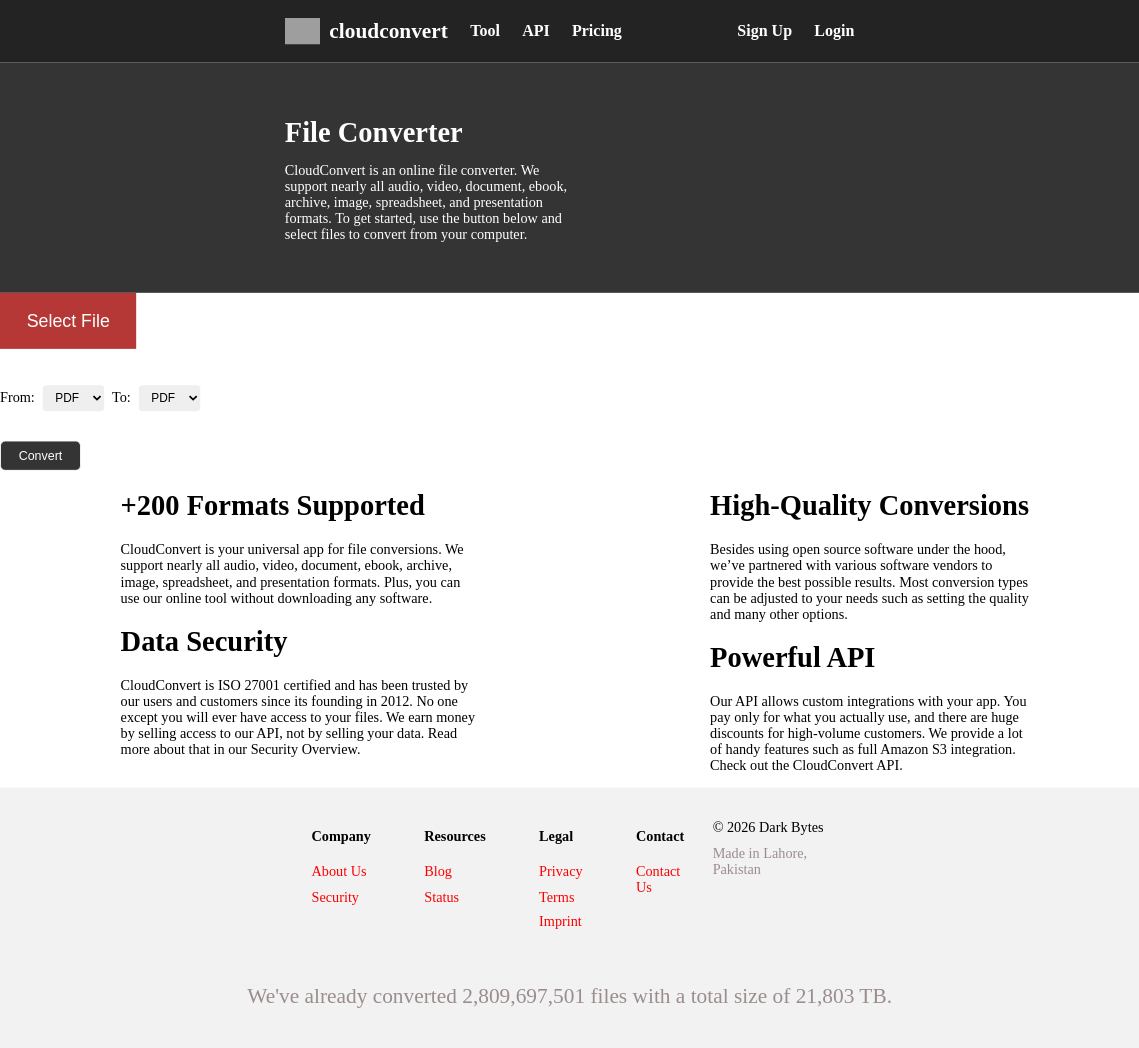
Repository: anfal-darkbytes/task_one
Page: http://localhost/
These files come from the project's save history. The page is drawn as it stood at one moment and after the next save; the edit follows.
The browser window is 1280 px wide. The pictures show the whole page, at 89% of full size.
Pictures or frames that could not be fetched are drawn as grey boxes. The page is served by the project's application, run on Django 4.2 (manage.py).

Above is the page before, as saved 2026-01-09 07:11:44.

After the next save:
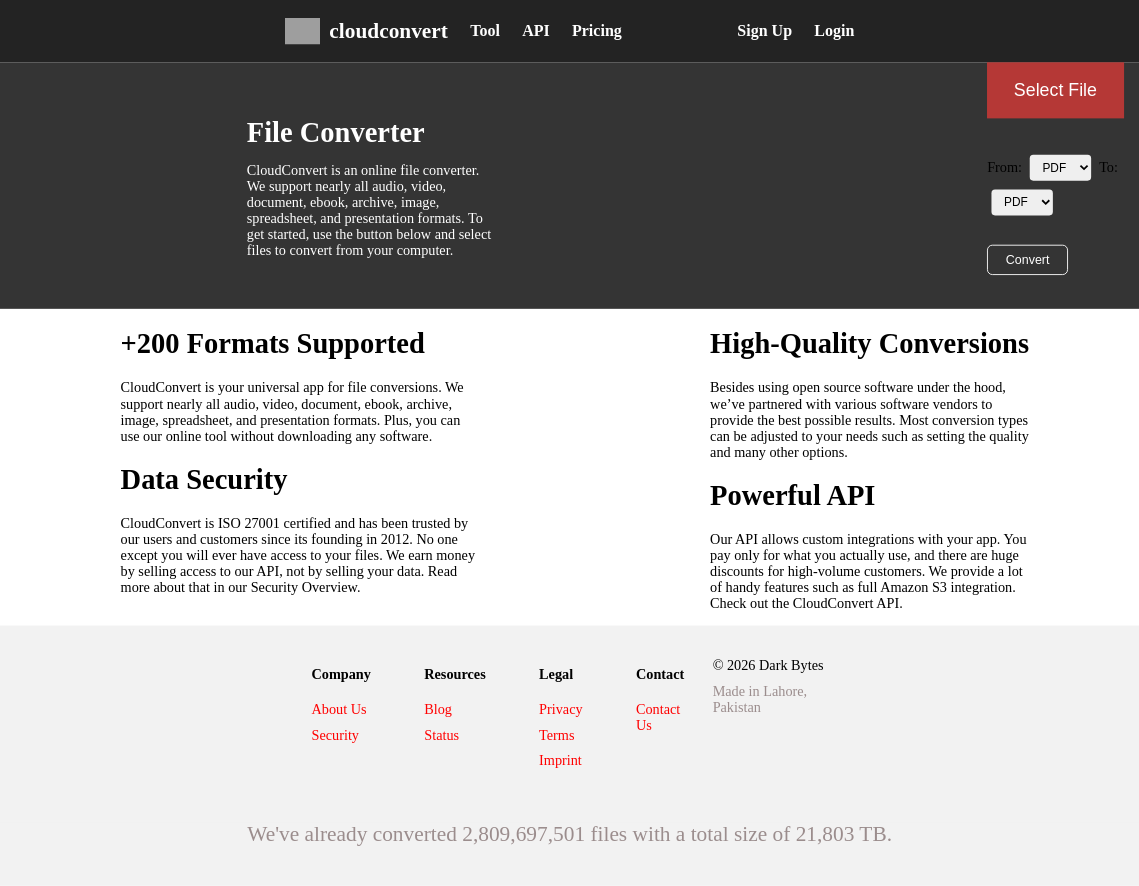
Saved 4 min 5 s later.
--- a/templates/index.html
+++ b/templates/index.html
@@ -12,46 +12,49 @@
           to convert from your computer.
         </p>
     </div>
+
+    <div class="form-container">
+
+        {% if error %}
+            <p class="error">{{ error }}</p>
+        {% endif %}
+
+        <form method="POST" enctype="multipart/form-data" id="file-form">
+            {% csrf_token %}
+
+            <!-- Hidden file input -->
+            <input type="file" name="file" id="file-input" style="display:none;" required>
+
+            <!-- Select File button -->
+            <button type="button" id="pick-image">
+                Select File
+            </button>
+
+            <br><br>
+            <!-- FROM / TO dropdowns below the button -->
+            From:
+            <select name="from_ext" required>
+                <option value="pdf">PDF</option>
+                <option value="jpg">JPG</option>
+                <option value="png">PNG</option>
+            </select>
+
+            To:
+            <select name="to_ext" required>
+                <option value="pdf">PDF</option>
+                <option value="jpg">JPG</option>
+                <option value="png">PNG</option>
+            </select>
+            <br><br>
+
+            <button type="submit" id="convert-button">Convert</button>
+        </form>
+
+    </div>
 </div>
 
 <div class="middle-body">
-    <form method="POST" enctype="multipart/form-data" id="file-form">
-        {% csrf_token %}
-
-        <!-- Hidden file input -->
-        <input type="file" name="file" id="file-input" style="display:none;" required>
-
-        <!-- Select File button -->
-        <button type="button" id="pick-image">
-            Select File
-        </button>
-
-        <br><br>
-        <!-- FROM / TO dropdowns remain in their original position -->
-        From:
-        <select name="from_ext" required>
-            <option value="pdf">PDF</option>
-            <option value="jpg">JPG</option>
-            <option value="png">PNG</option>
-        </select>
-
-        To:
-        <select name="to_ext" required>
-            <option value="pdf">PDF</option>
-            <option value="jpg">JPG</option>
-            <option value="png">PNG</option>
-        </select>
-        <br><br>
-
-        <button type="submit" id="convert-button">Convert</button>
-    </form>
-
-    <!-- Show error message -->
-    {% if error %}
-        <p class="error">{{ error }}</p>
-    {% endif %}
-
-    <!-- Show download link here in middle-body -->
+    <!-- Download link here -->
     {% if output %}
         <p class="success">Download: <a href="{{ output }}" download>Click Here</a></p>
     {% endif %}
